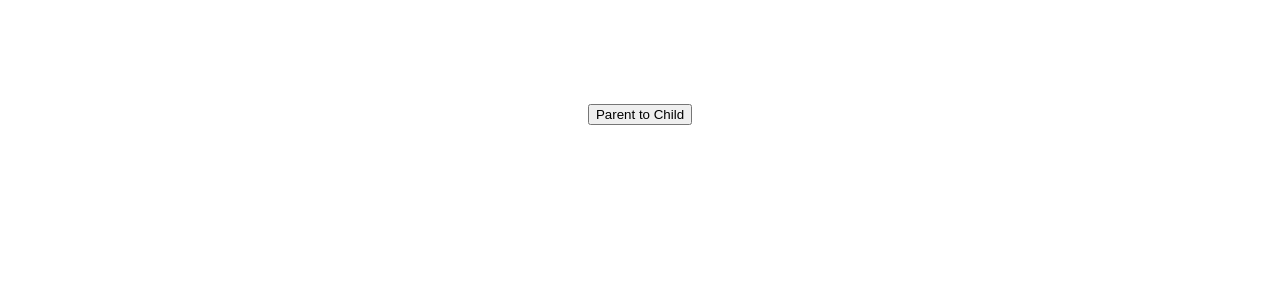
Repository: GavinPahal/Parent-Child1
Page: /
These files come from the project's save history. The page is drawn as it stood at one moment and after the next save; the edit follows.
The browser window is 1280 px wide. The pictures show the whole page.
The project was rebuilt for these pictures with package versions that can differ from the ones it lists, and the page was loaded fresh each time. The framework's server and built-in components were replaced by stand-ins that run in the browser. Also part of the build but not shown: next.config.mjs.

Above is the page before, as saved 2024-03-25 10:14:34.

### pages/index.js
import styles from "@/styles/Home.module.css";
import ParentToChild from "./ParentOne";
import ChildToParent from "./ParentTwo"
export default function Home() {
  return (
    <>

      <main className={`${styles.main}`}>
        <ParentToChild/>
      </main>
    </>
  )
}

### styles/Home.module.css
.main {
  display: flex;
  flex-direction: column;
  justify-content: space-between;
  align-items: center;
  padding: 6rem;
  min-height: 20vh;
}

### pages/ParentOne.js
import {useState} from "react";
import ChildOne from "./ChildOne";

export default function ParentOne(){
    const [data, setData] = useState();

    const parentToChild = () =>{
        setData("This is the data")
    }

return(
    <>

    <ChildOne parentToChild={data}/>
    <button onClick = {()=> parentToChild()}>Parent to Child</button>
    </>
)
}

### pages/ChildOne.js
export default function ChildOne({ parentToChild }) {

    return (
        <>

            {parentToChild}
        </>

    )
}

### pages/ParentTwo.js
import {useState} from "react";
import ChildTwo from "./ChildTwo"

export default function ParentOne(){
    const [data, setData] = useState();

    const childToParent = (childData) =>{
        setData(childData)
    }

return(
    <>
    {data}
    <ChildTwo childParent={childToParent}/>
   </>
)
}

### pages/ChildTwo.js


export default function ChildOne({ childParent }) {
const data ="New data"
    return (
        <>

            <button onClick={()=> childParent(data)}>Click Child to Parent</button>
        </>

    )
}

Loaded but not shown: pages/_app.js (common file); pages/_document.js (common file); styles/globals.css (common file)

After the next save:
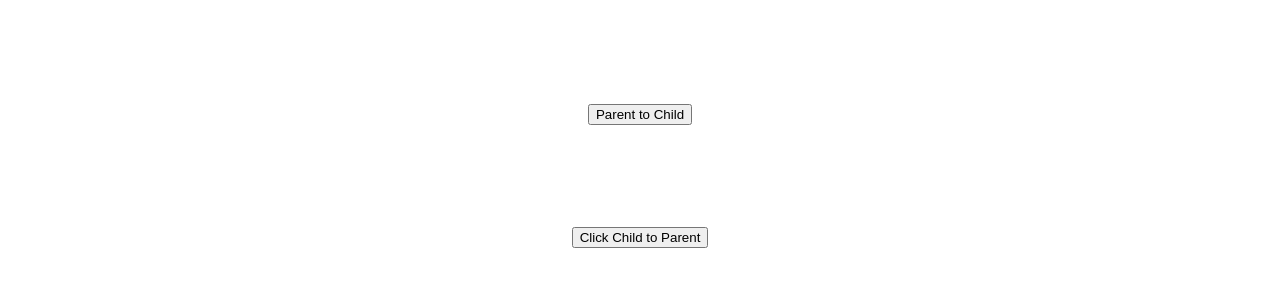
Saved 19 s later.
--- a/pages/index.js
+++ b/pages/index.js
@@ -7,6 +7,7 @@ export default function Home() {
 
       <main className={`${styles.main}`}>
         <ParentToChild/>
+        <ChildToParent/>
       </main>
     </>
   )
